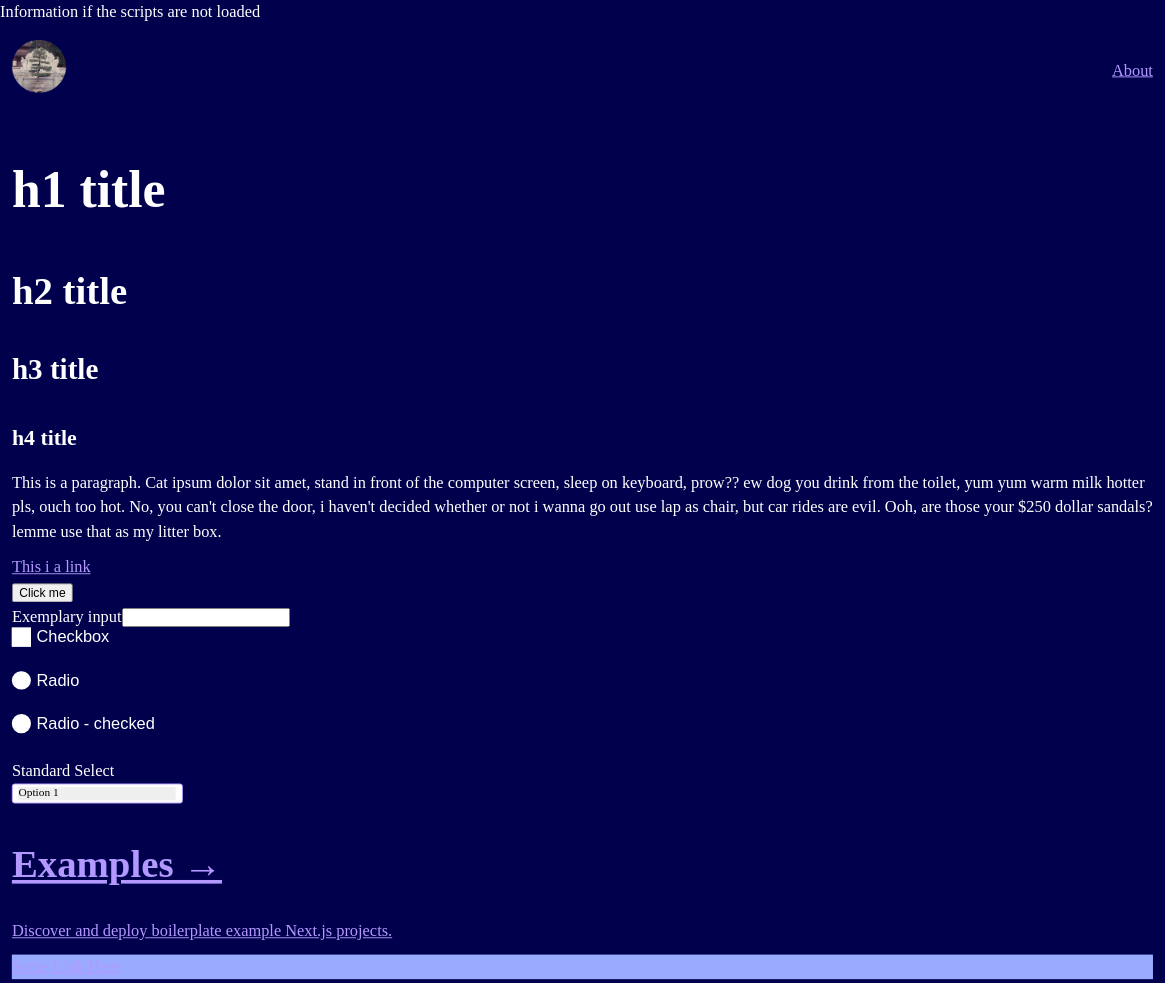
Repository: magiai/scent-app
Page: /
These files come from the project's save history. The page is drawn as it stood at one moment and after the next save; the edit follows.
The browser window is 1280 px wide. The pictures show the whole page, at 91% of full size.
The project was rebuilt for these pictures with package versions that can differ from the ones it lists, and the page was loaded fresh each time. The framework's server and built-in components were replaced by stand-ins that run in the browser.

Above is the page before, as saved 2022-05-25 18:35:55.

After the next save:
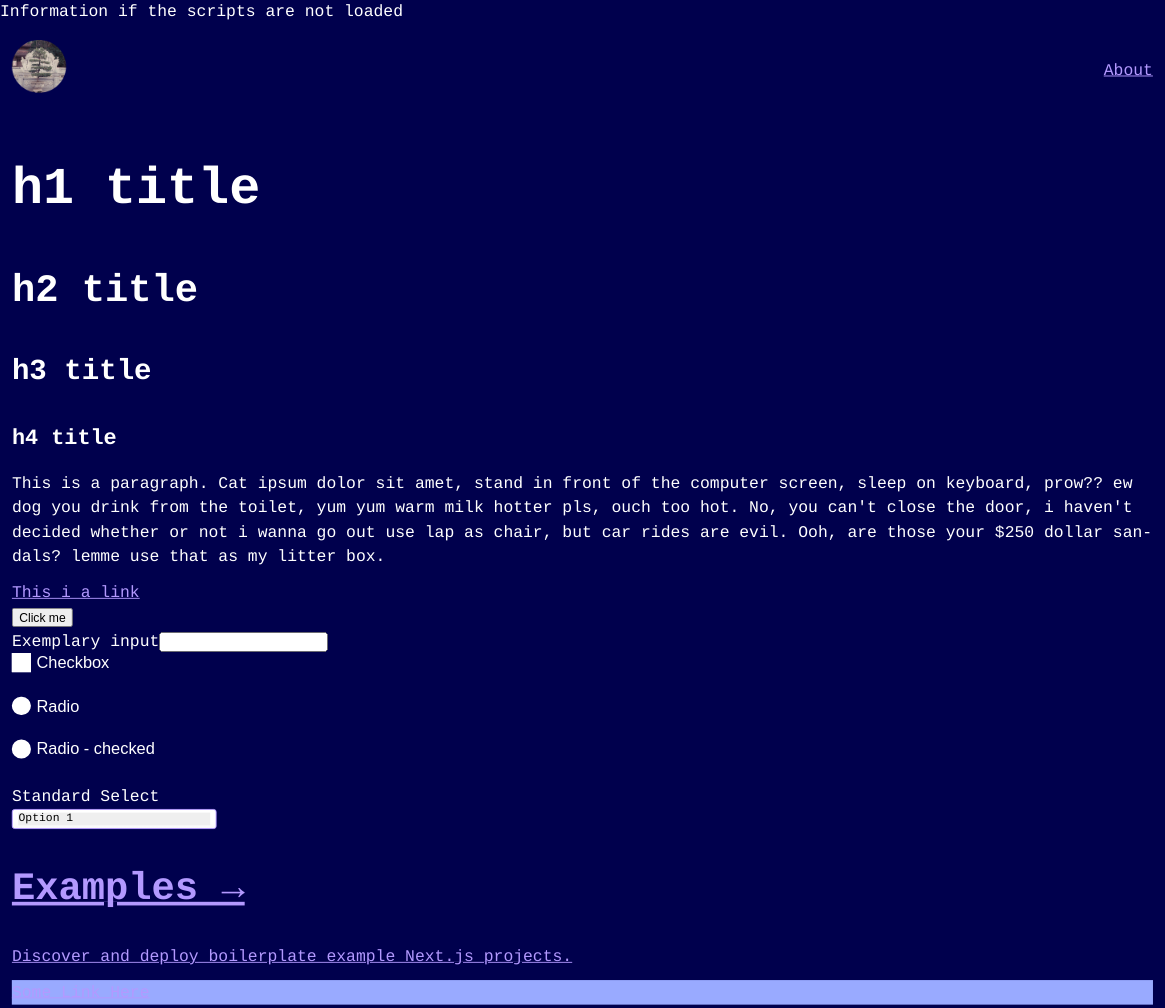
Saved 17 s later.
--- a/styles/global.css
+++ b/styles/global.css
@@ -12,7 +12,7 @@ body {
     margin: 0;
     color: var(--color--white);
     background-color: var(--background-color);
-    font-family: Luminari;
+    font-family: Courier;
     font-size: var(--font-size--base);
     line-height: 1.5;
     /* line-height: calc(2px + 2ex + 2px); */
